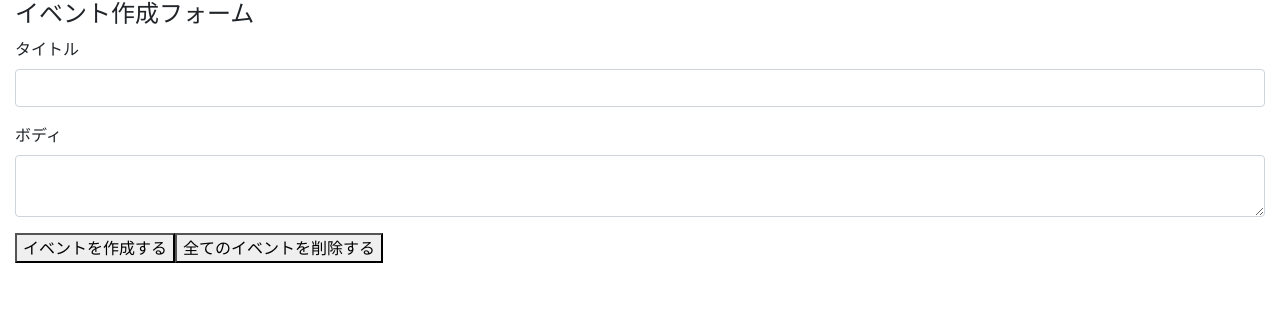
Repository: sie-fufu/react-hooks-101
Page: /
These files come from the project's save history. The page is drawn as it stood at one moment and after the next save; the edit follows.
The browser window is 1280 px wide. The pictures show the whole page.
The project was rebuilt for these pictures with package versions that can differ from the ones it lists, and the page was loaded fresh each time.

Above is the page before, as saved 2022-01-09 16:47:05.

After the next save:
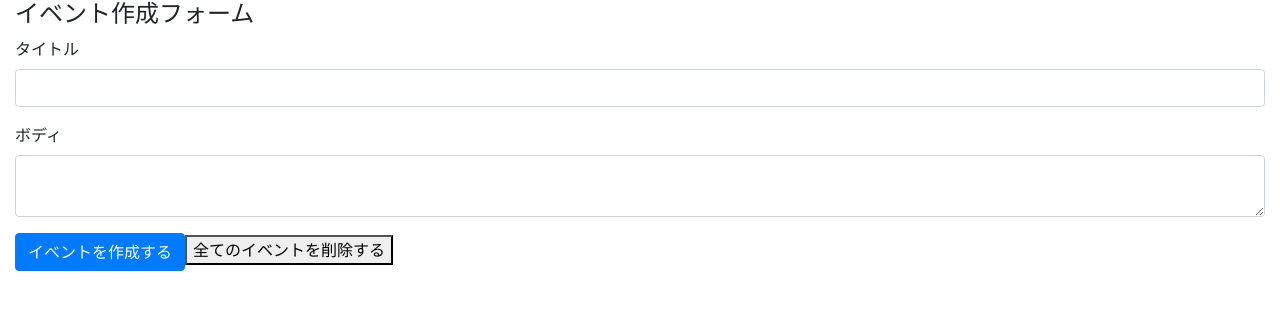
Saved 68 s later.
--- a/src/components/App.js
+++ b/src/components/App.js
@@ -17,7 +17,7 @@ const App = () => {
           <textarea className="form-control" id="formEventBody" />
         </div>
 
-        <button>イベントを作成する</button>
+        <button className="btn btn-primary">イベントを作成する</button>
         <button>全てのイベントを削除する</button>
       </form>
     </div>
